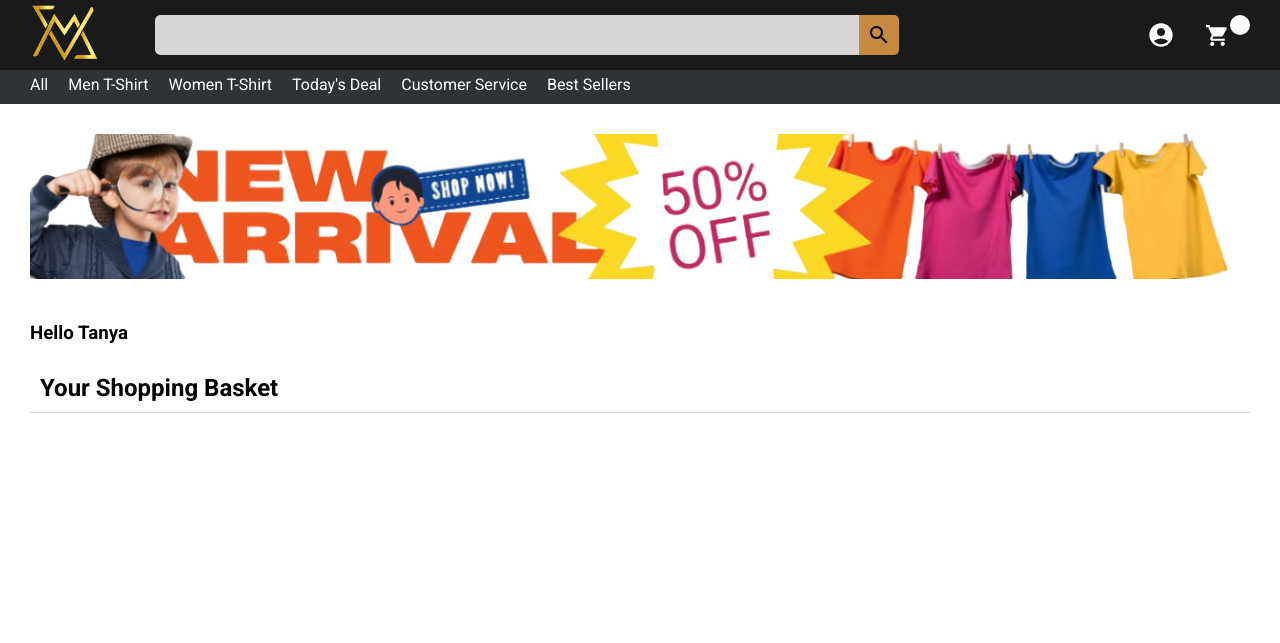
Repository: RiwanshiSoni/MatraVastra
Page: /cart
An editor plug-in stored every save of this project. The page is shown before and after the next save, followed by the edit.
The browser window is 1280 px wide. The pictures show the whole page.
The page's requests for data from a server got no answer. The project was rebuilt for these pictures with package versions that can differ from the ones it lists, and the page was loaded fresh each time. No one was signed in, and anything a server would have sent is missing. Also part of the build but not shown: vite.config.js, src/Product.jsx, src/Login.jsx, src/Slider.jsx, src/SignUp.jsx, src/css/banner.css, src/Banner.jsx.

Above is the page before, as saved 2024-08-29 19:41:28.

After the next save:
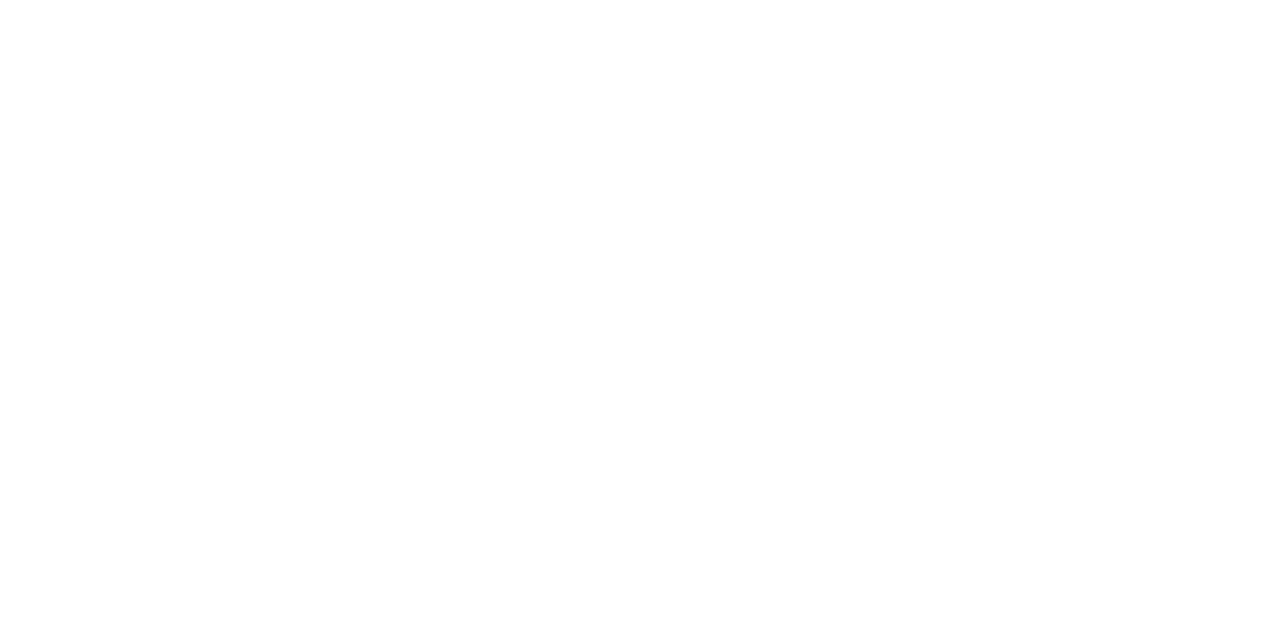
Console error: ReferenceError: calculateSubtotal is not defined
Saved 17 s later.
--- a/src/ShoppingCart.jsx
+++ b/src/ShoppingCart.jsx
@@ -47,6 +47,24 @@
               <button>Remove From Basket</button>
             </div>
           </div> */}
+
+
+<div className="checkout_right">
+//         <div className="subtotal">
+//           <p className='p'>
+//             Subtotal ({cart?.total_items || 0} items):
+//             <strong> ₹{calculateSubtotal()}</strong>
+//           </p>
+//           <small className="subtotal_gift">
+//             <input type="checkbox" /> This order contains a gift
+//           </small>
+//           <div className="subtotalButton">
+//             <button className='proceedToCheckOutButton'>Proceed to Checkout</button>
+//           </div>
+//         </div>
+//       </div>
+
+
         </div>
       </div>
 

After the 4 saves that followed:
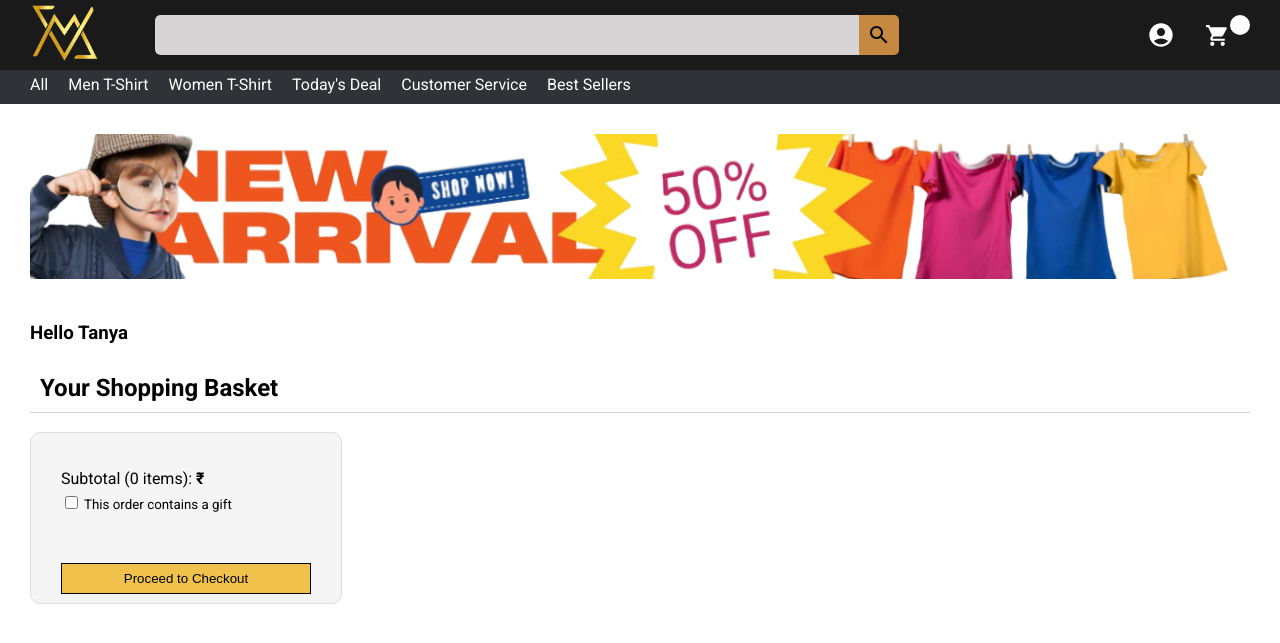
The error is gone.
The 4 saves are shown as one change because 1 did not build or start and 2 left the picture as it was.
The last was saved 4 min 17 s later.
--- a/src/ShoppingCart.jsx
+++ b/src/ShoppingCart.jsx
@@ -5,6 +5,12 @@
 
 function ShoppingCart({ cart }) {
   console.log(cart);
+
+// Calculate subtotal
+  const calculateSubtotal = () => {
+    return cart?.line_items?.reduce((acc, item) => acc + item.price.raw * item.quantity, 0).toFixed(2);
+  };
+
   return (
     <div className="checkout">
       <div className="checkout_left">
@@ -37,32 +43,23 @@
             );
           })}
 
-          {/* <div className="checkoutProduct">
-            <img src={CheckoutProductImg} className="checkoutProduct_img" alt="Product" />
-            <div className="checkoutProduct_info">
-              <p className='checkoutProduct_title'>Product Name</p>
-              <p className='checkoutProduct_price'>
-                <strong>₹600.00 * 1 = ₹ 600</strong>
-              </p>
-              <button>Remove From Basket</button>
-            </div>
-          </div> */}
+
 
 
 <div className="checkout_right">
-//         <div className="subtotal">
-//           <p className='p'>
-//             Subtotal ({cart?.total_items || 0} items):
-//             <strong> ₹{calculateSubtotal()}</strong>
-//           </p>
-//           <small className="subtotal_gift">
-//             <input type="checkbox" /> This order contains a gift
-//           </small>
-//           <div className="subtotalButton">
-//             <button className='proceedToCheckOutButton'>Proceed to Checkout</button>
-//           </div>
-//         </div>
-//       </div>
+        <div className="subtotal">
+         <p className='p'>
+            Subtotal ({cart?.total_items || 0} items):
+            <strong> ₹{calculateSubtotal()}</strong>
+          </p>
+         <small className="subtotal_gift">
+           <input type="checkbox" /> This order contains a gift
+         </small>
+          <div className="subtotalButton">
+            <button className='proceedToCheckOutButton'>Proceed to Checkout</button>
+          </div>
+       </div>
+    </div>
 
 
         </div>
